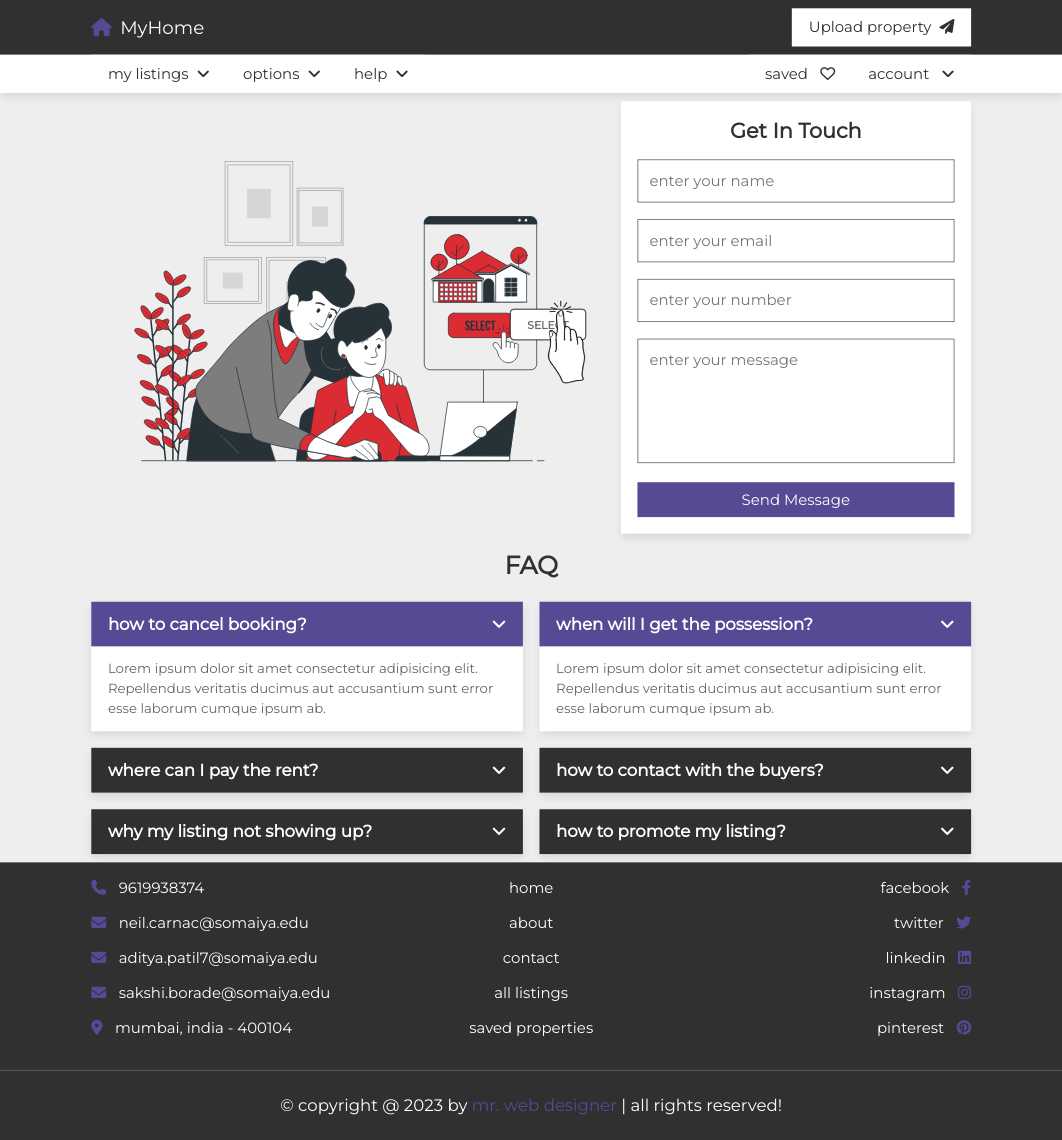
Repository: neilcarnac/wpl-project-realestatewebsite
Page: http://localhost/project/contact.php
These files come from the project's save history. The page is drawn as it stood at one moment and after a run of saves; the edit follows.
The browser window is 1280 px wide. The pictures show the whole page, at 83% of full size.
The pointer rests on the first visible `button`.
The page is run by PHP 8.4 with error messages shown; the project is at /var/www/html/.

Above is the page before, as saved 2023-04-29 17:12:01.

After the next 5 saves:
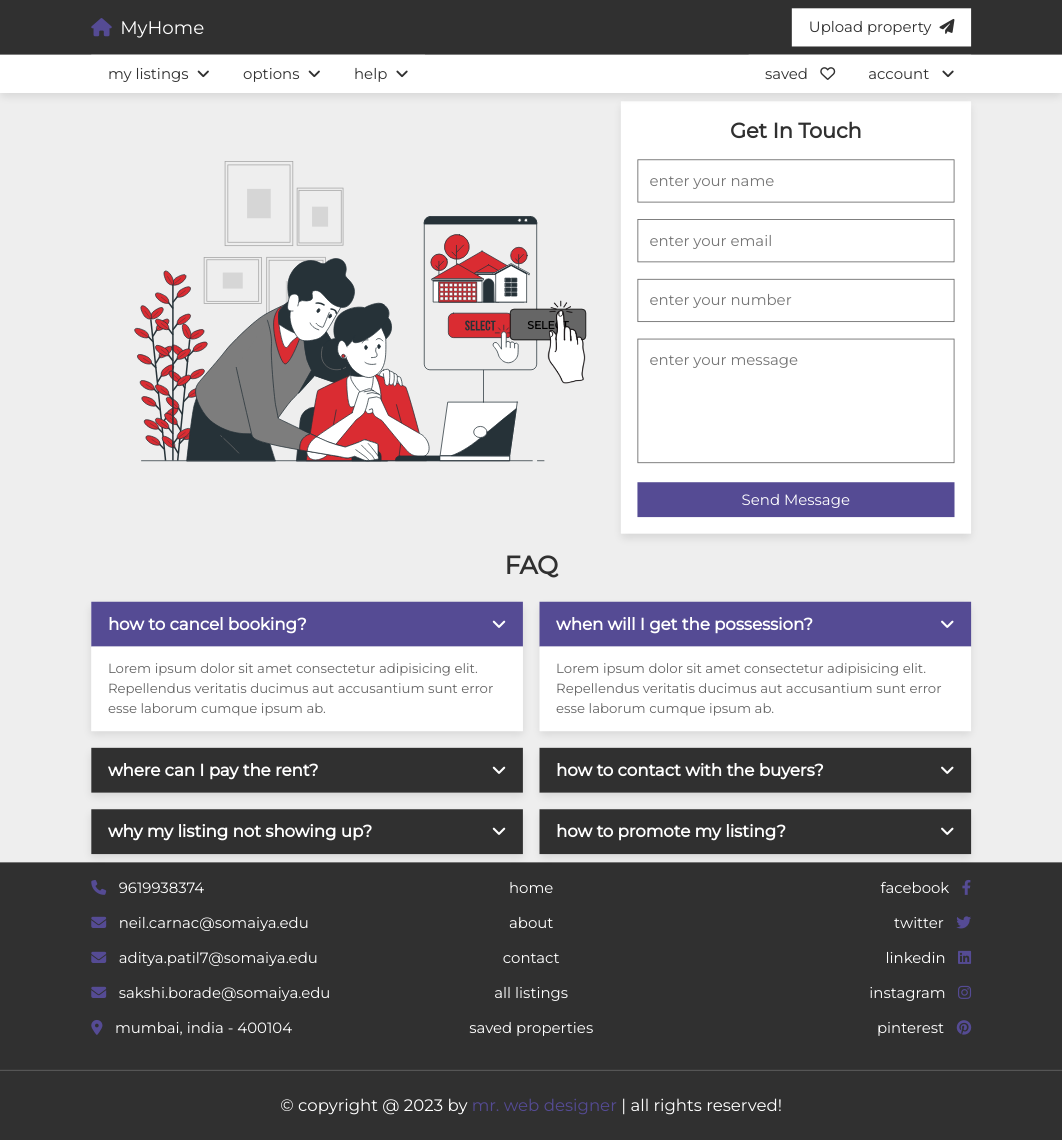
The 5 saves are shown as one change because they came seconds apart.
The last was saved 18 s later.
--- a/project/contact.php
+++ b/project/contact.php
@@ -78,8 +78,8 @@ if(isset($_POST['send'])){
 		}
       button:hover{
          cursor: pointer;
-         background-color: white;
-			color: #666;
+         background-color: #666;
+			color: vlack;
       }
       .selele{
 
